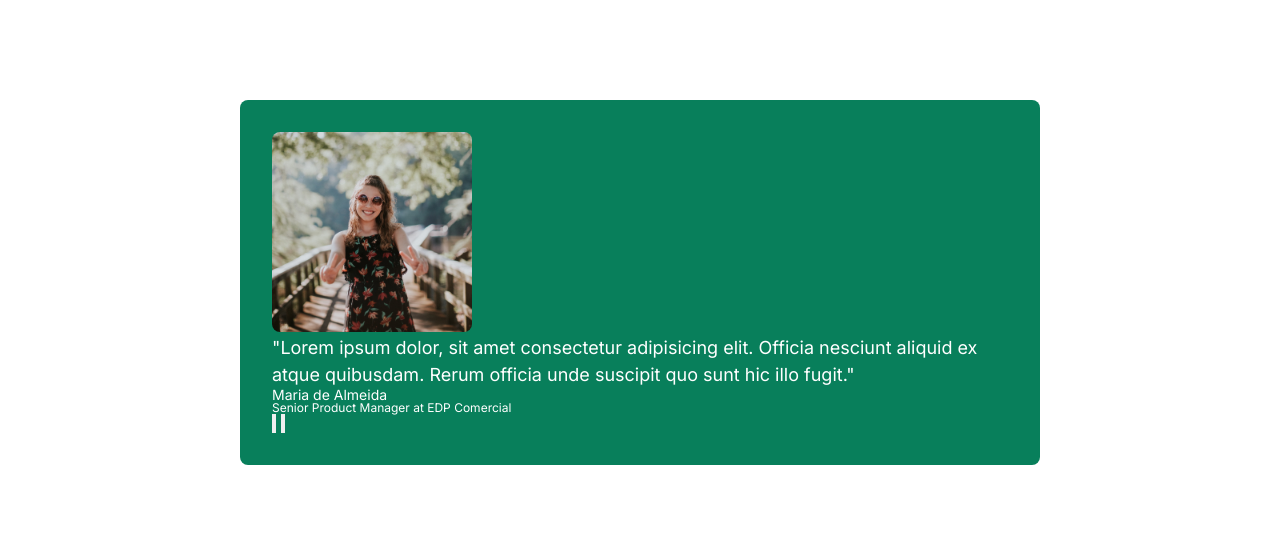
Repository: Ahmed123rezk123/06-Components
Page: carousel.html
An editor plug-in stored every save of this project. The page is shown before and after the next save, followed by the edit.
The browser window is 1280 px wide. The pictures show the whole page.

Above is the page before, as saved 2024-09-16 08:40:42.

After the next save:
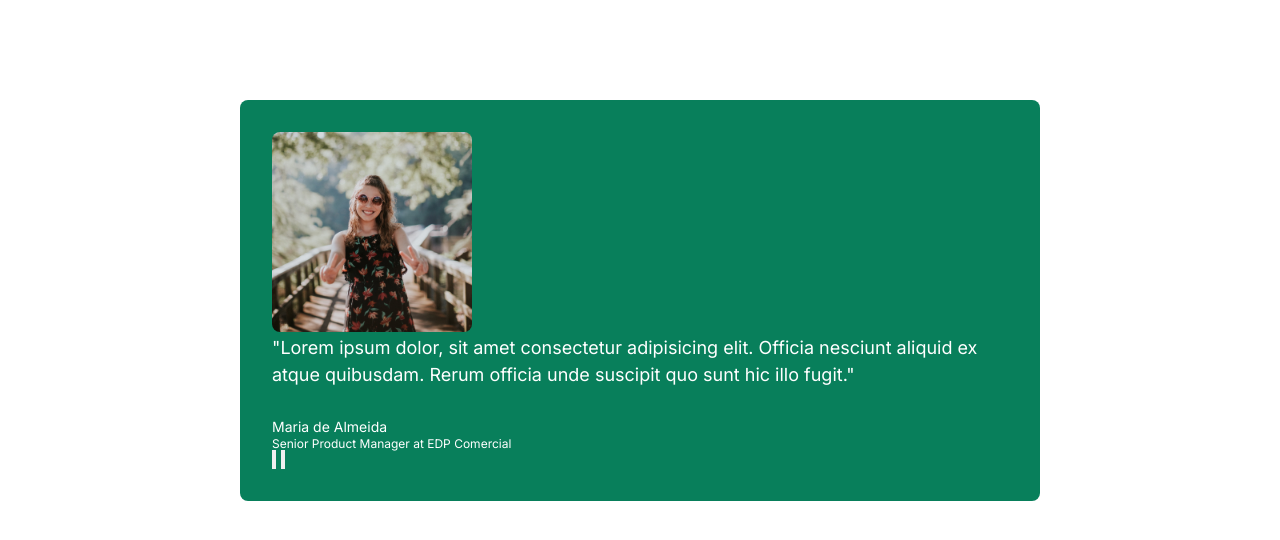
Saved 32 s later.
--- a/carousel.html
+++ b/carousel.html
@@ -38,9 +38,11 @@
         font-size: 18px;
         font-weight: 500px;
         line-height: 1.5;
+        margin-bottom: 32px;
       }
       .testmonial-auther {
         font-size: 14px;
+        margin-bottom: 4px;
       }
 
       .testmonial-job {
